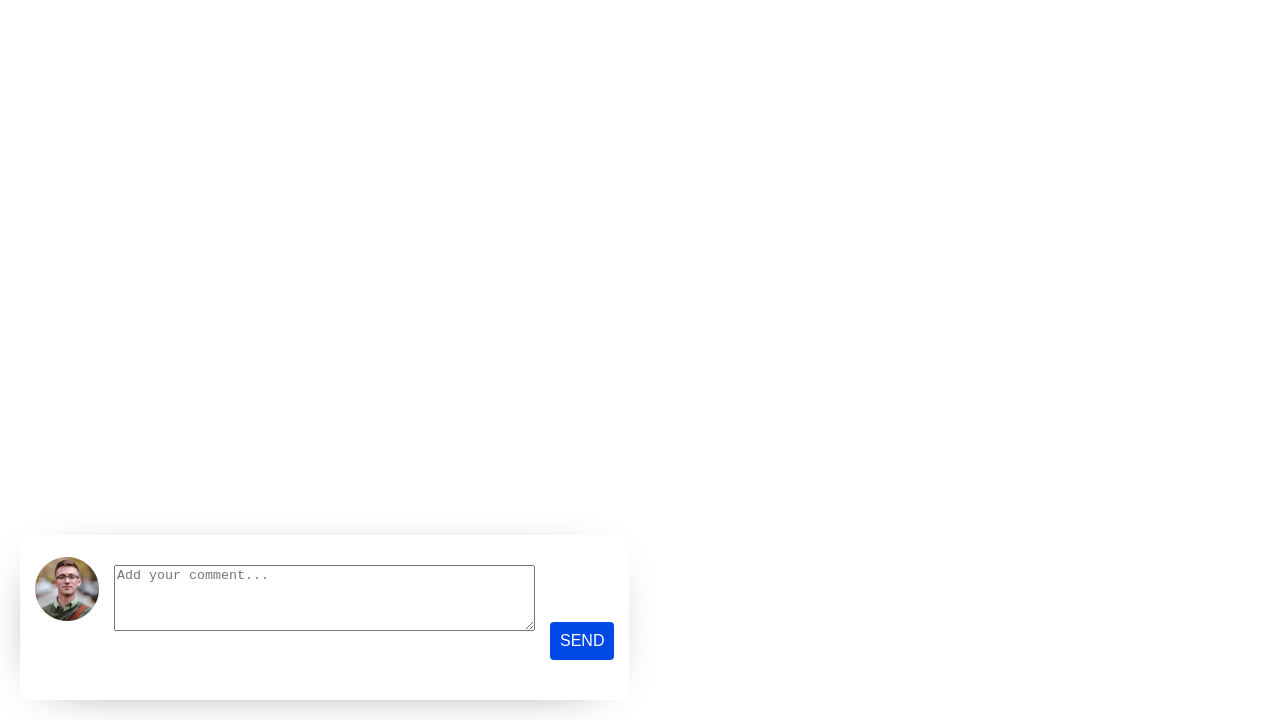
Repository: badhon252/interactive-comments-section
Page: /
These files come from the project's save history. The page is drawn as it stood at one moment and after the next save; the edit follows.
The browser window is 1280 px wide. The pictures show the whole page.
The project was rebuilt for these pictures with package versions that can differ from the ones it lists, and the page was loaded fresh each time.

Above is the page before, as saved 2022-01-28 12:23:17.

After the next save:
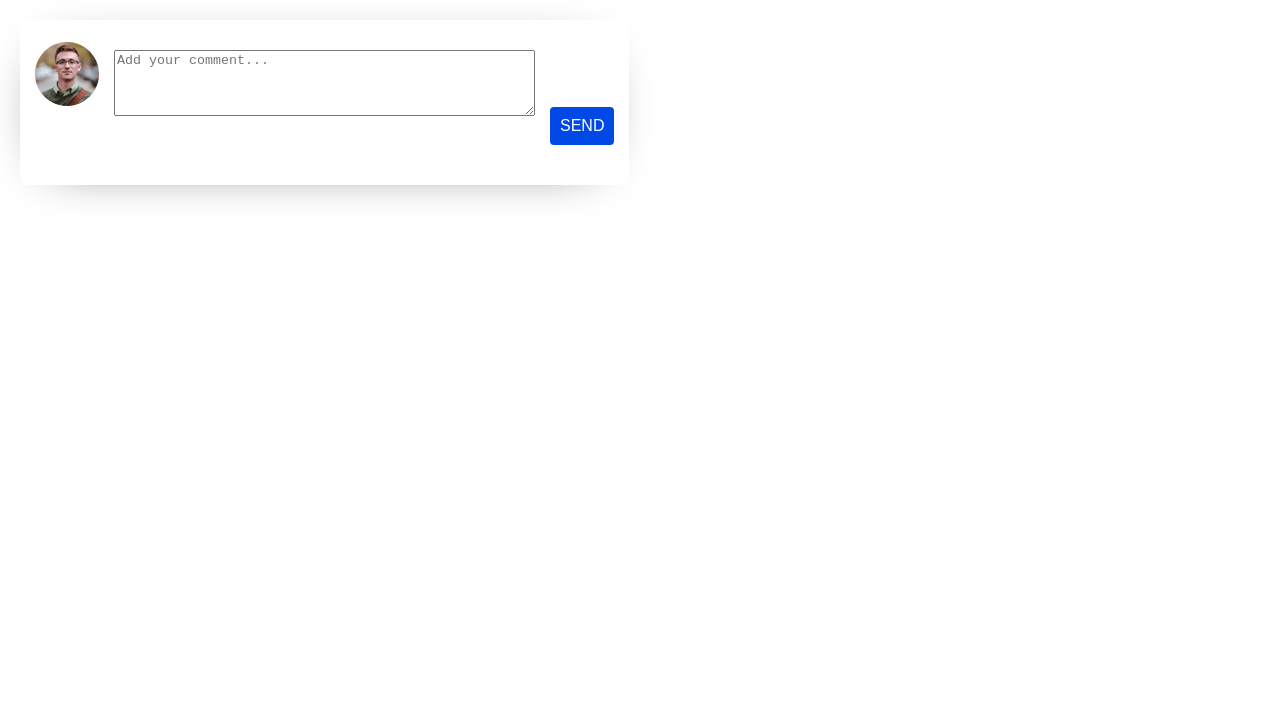
Saved 113 s later.
--- a/src/App.css
+++ b/src/App.css
@@ -6,8 +6,6 @@
 .comment-input {
   display: flex;
   align-items: center;
-  position: fixed;
-  bottom: 0;
 }
 .comment-section {
   padding: 15px;
